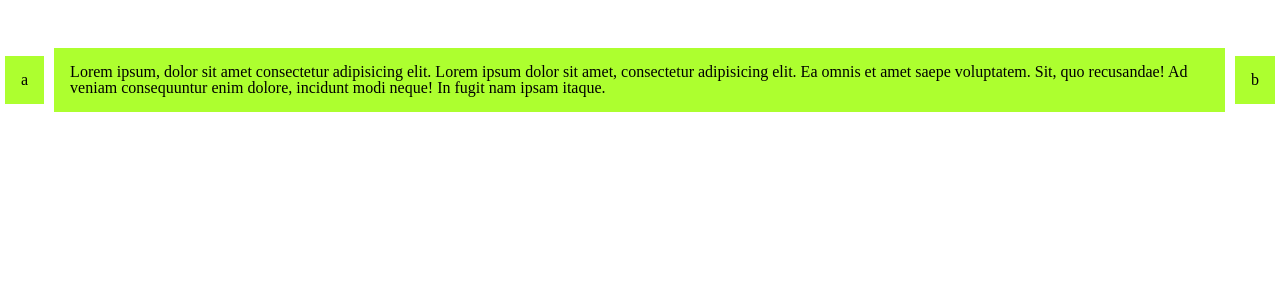
Repository: Giangattt123/HTML-CSS
Page: CSS/Flexbox/index.html
These files come from the project's save history. The page is drawn as it stood at one moment and after the next save; the edit follows.
The browser window is 1280 px wide. The pictures show the whole page.

Above is the page before, as saved 2023-04-26 11:01:55.

### CSS/Flexbox/index.html
<!DOCTYPE html>
<html lang="en">
  <head>
    <meta charset="UTF-8" />
    <meta http-equiv="X-UA-Compatible" content="IE=edge" />
    <meta name="viewport" content="width=device-width, initial-scale=1.0" />
    <title>Flexbox</title>
    <link rel="stylesheet" href="style.css" />
    <link rel="stylesheet" href="reset.css" />
  </head>
  <body>
    <ul class="list">
      <li class="list-item">a</li>
      <li class="list-item">
        Lorem ipsum, dolor sit amet consectetur adipisicing elit. Lorem ipsum
        dolor sit amet, consectetur adipisicing elit. Ea omnis et amet saepe
        voluptatem. Sit, quo recusandae! Ad veniam consequuntur enim dolore,
        incidunt modi neque! In fugit nam ipsam itaque.
      </li>
      <li class="list-item">b</li>
    </ul>
  </body>
</html>

### CSS/Flexbox/style.css
*,
*:before *:after {
  box-sizing: border-box;
}
html {
  font-size: 62.5%;
}
body {
  font-family: "Poppins", sans-serif;
  font-size: 1.6rem;
  font-weight: normal;
}
img {
  display: block;
  max-width: 100%;
}
input,
textarea,
select,
button {
  outline: none;
}
input {
  line-height: normal;
}
label,
button {
  cursor: pointer;
}
a {
  text-decoration: none;
}
.list {
  display: flex;
  /* flex-direction: row-reverse; */
  align-items: flex-start;
  align-items: flex-end;
  align-items: center;
  margin-top: 3rem;
}
.list-item {
  padding: 1rem;
  background-color: greenyellow;
  margin: 0 5px;
}

Loaded but not shown: CSS/Flexbox/reset.css (common file)

After the next save:
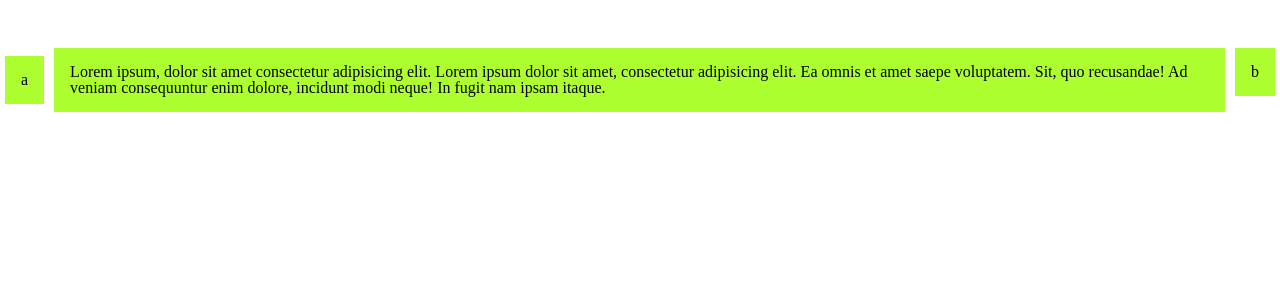
Saved 4 h 32 min later.
--- a/CSS/Flexbox/style.css
+++ b/CSS/Flexbox/style.css
@@ -43,3 +43,6 @@ a {
   background-color: greenyellow;
   margin: 0 5px;
 }
+.list-item:last-child {
+  align-self: baseline;
+}
